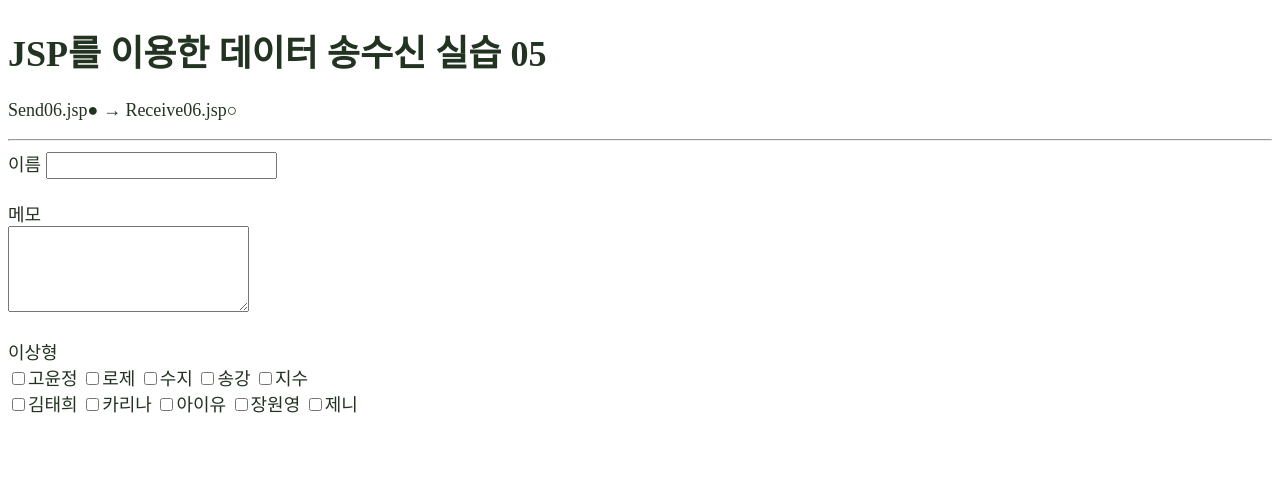
Repository: god5228god/Jsp
Page: http://localhost/WebApp06/Send06.jsp
These files come from the project's save history. The page is drawn as it stood at one moment and after the next save; the edit follows.
The browser window is 1280 px wide. The pictures show the whole page.
The page is served by Tomcat 9.

Above is the page before, as saved 2026-03-03 03:09:30.

After the next save:
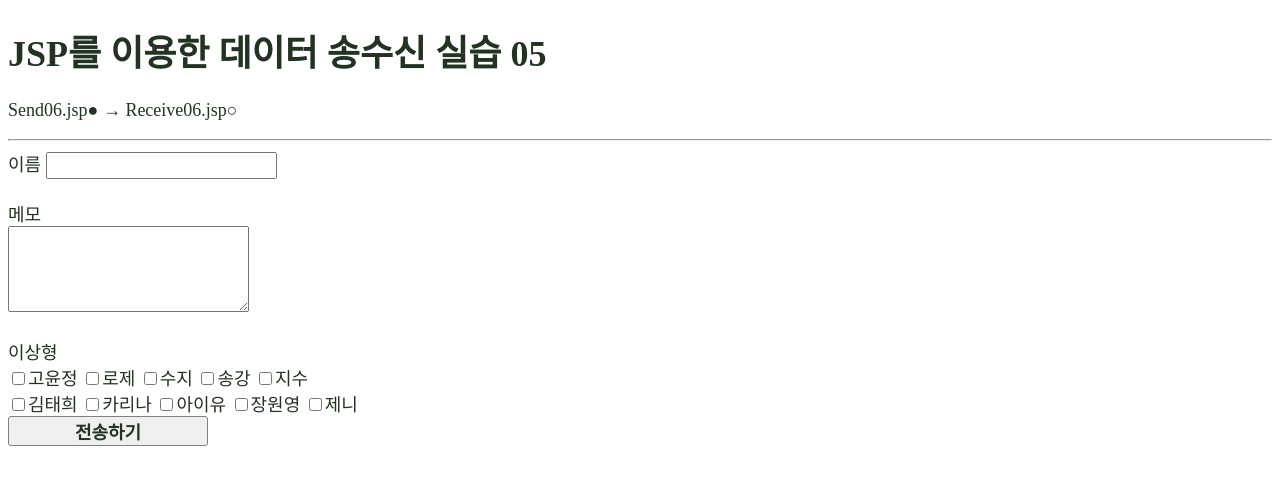
Saved 43 s later.
--- a/WebApp06/WebContent/Send06.jsp
+++ b/WebApp06/WebContent/Send06.jsp
@@ -35,6 +35,8 @@
 		<label><input type="checkbox" name="checkGroup" value="아이유"/>아이유</label>
 		<label><input type="checkbox" name="checkGroup" value="장원영"/>장원영</label>
 		<label><input type="checkbox" name="checkGroup" value="제니"/>제니</label>
+		<br>
+		<input type="submit" value="전송하기" class="btn control" style="width: 200px;" />
 	</form>
 </div>
 </body>
